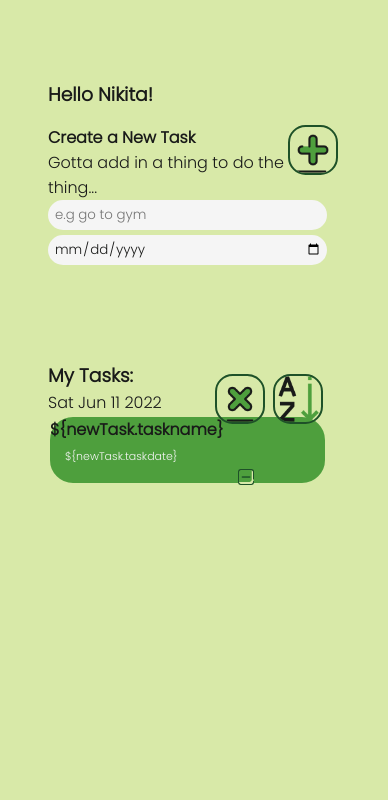
Repository: acidpixie/todo-app-version3
Page: index.html
An editor plug-in stored every save of this project. The page is shown before and after the next save, followed by the edit.
The browser window is 375 px wide. The page is 375 px wide, then 388 px, so the pictures cover 388 px, including what lies to the right of the window. The pictures show the whole page.

Above is the page before, as saved 2022-06-11 23:42:34.

### index.html
<!DOCTYPE html>
<html lang="en">
<head>
    <meta charset="UTF-8">
    <meta http-equiv="X-UA-Compatible" content="IE=edge">
    <meta name="viewport" content="width=device-width, initial-scale=1.0">
    <title>Todo Application</title>

    <link rel="stylesheet" type="text/css" href="/css/stylesheet.css">
    <script type="text/javascript" src="/js/script.js" defer></script>

    <!--google fonts - poppins-->
    <link rel="preconnect" href="https://fonts.googleapis.com">
    <link rel="preconnect" href="https://fonts.gstatic.com" crossorigin>
    <link href="https://fonts.googleapis.com/css2?family=Poppins:wght@200;300&display=swap" rel="stylesheet">


</head>
<body>

    <section>
        <header class="heading">
        <h3>Hello&nbsp;<div contenteditable="true">Nikita!</div></h3>
        </header>

        <div>
            <h4>Create a New Task</h4>
            <form>
                <label>Gotta add in a thing to do the thing...</label>
                <input type="text" class="user-input" id="input-task" placeholder="e.g go to gym">
                <p id="empty-input" class="empty-input"></p>
                <input type="date" class="user-date" id="input-date">
                <img src="/images/add.png" type="submit" class="add-new-task" id="add-new-task-button"></img>
                </label>
            </form>
       </div>
    </section>

    <section>
        <div id="display-tasks" class="display">
            <h3>My Tasks:</h3>
            <span class="title-date" id="title-date"></span>
            <ul class="task-item" id="task-list">
                <li class="list-item" id="list-item" data-id="${newTask.taskId}">

                    <div class="list-container" id="lists-container">
                        <span class="list-input" id="list-input" contenteditable="true">${newTask.taskname}</span>
                        <span class="list-date-input" id="list-date-input" contenteditable="true">${newTask.taskdate}</span>
                    </div>
                    <div class="list-buttons">
                        <button class="edit-item" id="edit-item"></button>
                        <img src="/images/del.png" class="delete-item" id="delete-item"></img>
                    </div>

                </li>
            </ul>
        </div>
    </section>

    <section class="user-buttons" id="buttons-user">
        <img src="/images/delete.png" class="user-button" id="clear-button"></img>
        <img src="/images/sort-a-z.png" class="user-button" id="sort-button"></img>
    </section>


</body>
</html>

### css/stylesheet.css
/*color pallet
#191A19 - black
#1E5128 - dark green
#4E9F3D - light green
#D8E9A8 - whitish green gray
#f5f5f5 - white smoke
*/



* {
    box-sizing: border-box;
    font-family: "poppins", sans-serif;
    margin: 0;
}

body {
    background-color: #D8E9A8;
    color: #191A19;
    max-width: 550px;
    min-height: 100vh;
    margin: auto;
    box-shadow: 0 1px 10px 0px rgba(176, 173, 173, 0.467);
    position: relative;
}


section {
    padding: 3rem;
}

.heading {
    padding-top: 2rem;
    padding-bottom: 1rem;
}

form {
    display: flex;
    flex-direction: column;
}

input {
    height: 30px;
    border: solid 5px #f5f5f5;
    color: #191A19;
    background-color: #f5f5f5;
    border-radius: 25px;
}

.user-date {
    margin-top: 5px;
}

li {
    display: flex;
    flex-direction: row;
    padding-left: 0;
    padding-top: 10px;
    list-style: none;
}

ul{
    margin: 0;
    padding: 0;
}

li {
    display: flex;
    flex-direction: column;
    justify-content: center;
    height: 70px;
    width: auto;
    background-color: #4E9F3D ;
    border: solid 2px #D8E9A8;
    border-radius: 25px;
    align-items: center;
}

.edit-item {
    font-size: 8px;
    background-color: transparent;
    border: none;
    color: #D8E9A8;
    cursor: pointer;
}

.delete-item {
    margin-left: 380px;
    height: 20px;
    width: 20px;
    background-color: transparent ;
    border: none;
    cursor: pointer;
}


.user-buttons {
    display: flex;
    flex-direction: row;
    gap: 8px;
    position: absolute;
    bottom: 41%;
    right: 1%;
}

.user-button {
    display: flex;
    height: 50px;
    width: 50px;
    gap: 10px;
    border: solid 2px #1E5128;
    border-radius: 35%;
    cursor: pointer;

}

.add-new-task {
    height: 50px;
    width: 50px;
    margin-top: 5px;
    position: absolute;
    top: 15%;
    right: 10%;
    background-color: none;
    border: solid 2px #1E5128;
    border-radius: 35%;
    cursor: pointer;

}

.completed-task {
    text-decoration: line-through;
  }

.completed {
    filter: opacity(50%);
  }

.list-date-input {
    font-size: 11px;
    color: #f5f5f5 ;
    padding-left: 15px;

}

.list-input {
    font-weight: 600;
}

h3 {
    display: flex;
}

.empty-input {
    display: flex;
    justify-content: center;
    font-size: 12px;
    color: #9a1616;
}

@media screen and (max-width: 430px) {

    .delete-item {
        margin-left: 100px;

}

@media screen and (max-width: 672px) {
    .user-buttons {
        display: flex;
        flex-direction: row;
        gap: 8px;
        position: absolute;
        bottom: 83%;
        right: 1%;
    }

    .add-new-task {
        height: 50px;
        width: 50px;
        margin-top: 5px;
        position: absolute;
        top: 4%;
        right: 10%;
        background-color: none;
        border: solid 2px #1E5128;
        border-radius: 35%;
        cursor: pointer;

    }}


@media screen and (max-width: 990px) {
    .user-buttons {
        display: flex;
        flex-direction: row;
        gap: 8px;
        position: absolute;
        bottom: 83%;
        right: 1%;
    }

    .add-new-task {
        height: 50px;
        width: 50px;
        margin-top: 5px;
        position: absolute;
        top: 4%;
        right: 10%;
        background-color: none;
        border: solid 2px #1E5128;
        border-radius: 35%;
        cursor: pointer;

    }}

@media screen and (max-width: 1280px) {

    .user-buttons {
        display: flex;
        flex-direction: row;
        gap: 8px;
        position: absolute;
        bottom: 41%;
        right: 1%;
    }


    .add-new-task {
        height: 50px;
        width: 50px;
        margin-top: 5px;
        position: absolute;
        top: 15%;
        right: 10%;
        background-color: none;
        border: solid 2px #1E5128;
        border-radius: 35%;
        cursor: pointer;
}}

### js/script.js
let date = new Date();
let dateHeader = date.toDateString();

const dateToday = document.getElementById('title-date');
dateToday.innerHTML = dateHeader;

const LOCAL_STORAGE_APP_KEY = "todo-app-storage-key";

//input variables
let taskInput = document.getElementById("input-task");
let taskInputDate = document.getElementById("input-date");
const taskInputSubmit = document.getElementById("add-new-task-button");
const emptyInput= document.getElementById("empty-input");

const taskList = document.getElementById("task-list");

const clearTaskList = document.getElementById("clear-button");
const sortTaskList = document.getElementById("sort-button");

let editInputTask = "";
let editInputDate = "";
let editId = "";
let isEdit = false;

let taskArray = [];

class Task {
    constructor(taskid, taskname, taskdate) {
        this._taskid = taskid;
        this._taskname = taskname;
        this._taskdate = taskdate;
    }

    get taskid() {
        return this._taskid;
      }

      set taskid(newTaskId) {
        this._taskid = newTaskId;
      }

      get taskname() {
        return this._taskname;
      }

      set taskname(newTaskName) {
        this._taskname = newTaskName;
      }

      get taskdate() {
        return this._taskdate;
      }

      set taskdate(newTaskDate) {
        this._taskdate = newTaskDate;
      }
    }

    //event listeners

    taskInputSubmit.addEventListener("click", addTask);
    clearTaskList.addEventListener("click", clearTasks);
    sortTaskList.addEventListener("click", sortTasks);

    //function to add in a new task

    function addTask(e) {
        e.preventDefault();

        let userInput = document.getElementById("input-task").value;
        let userInputDate = document.getElementById("input-date").value;

        let newTaskId = new Date().getTime().toString();
        let userInputTask = userInput.charAt(0).toUpperCase() + userInput.slice(1);

        emptyInput.innerHTML= "";

        if (userInputTask !== "" && !isEdit) {
            let newTask = new Task(newTaskId, userInputTask, userInputDate);
            taskArray.push(newTask);

            const listElement = document.createElement("li");
            listElement.classList.add("list-item");
            const attr = document.createAttribute("data-id");
            attr.value = newTaskId;
            listElement.setAttributeNode(attr);

            //template literal to add in list inputs
            listElement.innerHTML = `
            <div class="list-container">
            <span class="list-input" id="list-input" contenteditable="true">${newTask.taskname}</span>
            <span class="list-date-input" id="list-date-input" contenteditable="true">${newTask.taskdate}</span>
            </div>
            <div class="list-buttons">
            <button class="edit-item" id="edit-item"></button>
            <img src="/images/del.png" class="delete-item" id="delete-item"></img>
            </div>
            `;

            //variables and event listeners for buttons in new li element created
            const taskContent = listElement.querySelector(".list-container");
            const deleteButton = listElement.querySelector(".delete-item");
            const editButton = listElement.querySelector(".edit-item");

           deleteButton.addEventListener("click", deleteTask);
           editButton.addEventListener("click", editTask);

            taskList.appendChild(listElement);

            taskContent.addEventListener("dblclick", function(){
                taskContent.classList.toggle("completed-task");
                listElement.classList.toggle("completed");
            });

            saveToLocalStorage();
            setToDefault();

        } else if (userInputTask !== "" && isEdit) {
            editInputTask.innerHTML = userInputTask;
            editInputDate.innerHTML = userInputDate;

            setToDefault();

        } else if (userInputTask === "") {
            emptyInput.innerHTML = "task input cannot be blank";
        } else {
            emptyInput.innerHTML = "";
        }
    }

    // clear tasks

    function clearTasks() {
        const allTasks = document.querySelectorAll(".list-item");

        if (allTasks.length > 0) {
            allTasks.forEach(function (listItem) {
                taskList.removeChild(listItem);
            });

            setToDefault();
            localStorage.removeItem("todo-app-storage-key");
        }
    }

    //sort tasks a-z

    function sortTasks() {
        [...taskList.children]
        .sort((a, b) => (a.innerText > b.innerText ? 1 : -1))
        .forEach((node) => taskList.appendChild(node));
    }

    //delete tasks

    function deleteTask(event) {
        let element = event.currentTarget.parentElement.parentElement;
        const id = element.dataset.id;
        taskList.removeChild(element);

        setToDefault()
    }

    // edit tasks

 //  function editTask(event) {
 //   let element = event.currentTarget.parentElement.parentElement;
 //   const attrE = document.createAttribute("contenteditable");
 //   attrE.value = true;
 //   element.setAttributeNode(attrE);

 //   editId = element.dataset.id;
 //   isEdit = true;


 function editTask(button) {
    let x = document.getElementById("list-input");
    if (x.contentEditable == "true") {
        x.contentEditable = "false"; button.innerHTML = "SAVE";
    } else {x.contentEditable = "true"; button.innerHTML = "EDIT";
}

 }



    function setToDefault() {
        taskInput.value = "";
        taskInputDate.value = "";
        isEdit = false;
        editId = "";
    }

    function saveToLocalStorage() {
        taskArray = JSON.stringify(taskArray);
        localStorage.setItem(LOCAL_STORAGE_APP_KEY, taskArray);
        taskArray = JSON.parse(localStorage.getItem(LOCAL_STORAGE_APP_KEY));
    }

After the next save:
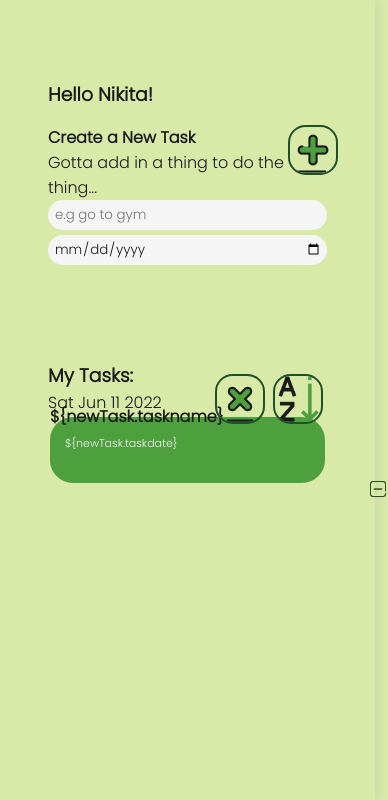
Saved 20 s later.
--- a/css/stylesheet.css
+++ b/css/stylesheet.css
@@ -158,12 +158,6 @@ h3 {
     color: #9a1616;
 }
 
-@media screen and (max-width: 430px) {
-
-    .delete-item {
-        margin-left: 100px;
-
-}
 
 @media screen and (max-width: 672px) {
     .user-buttons {
